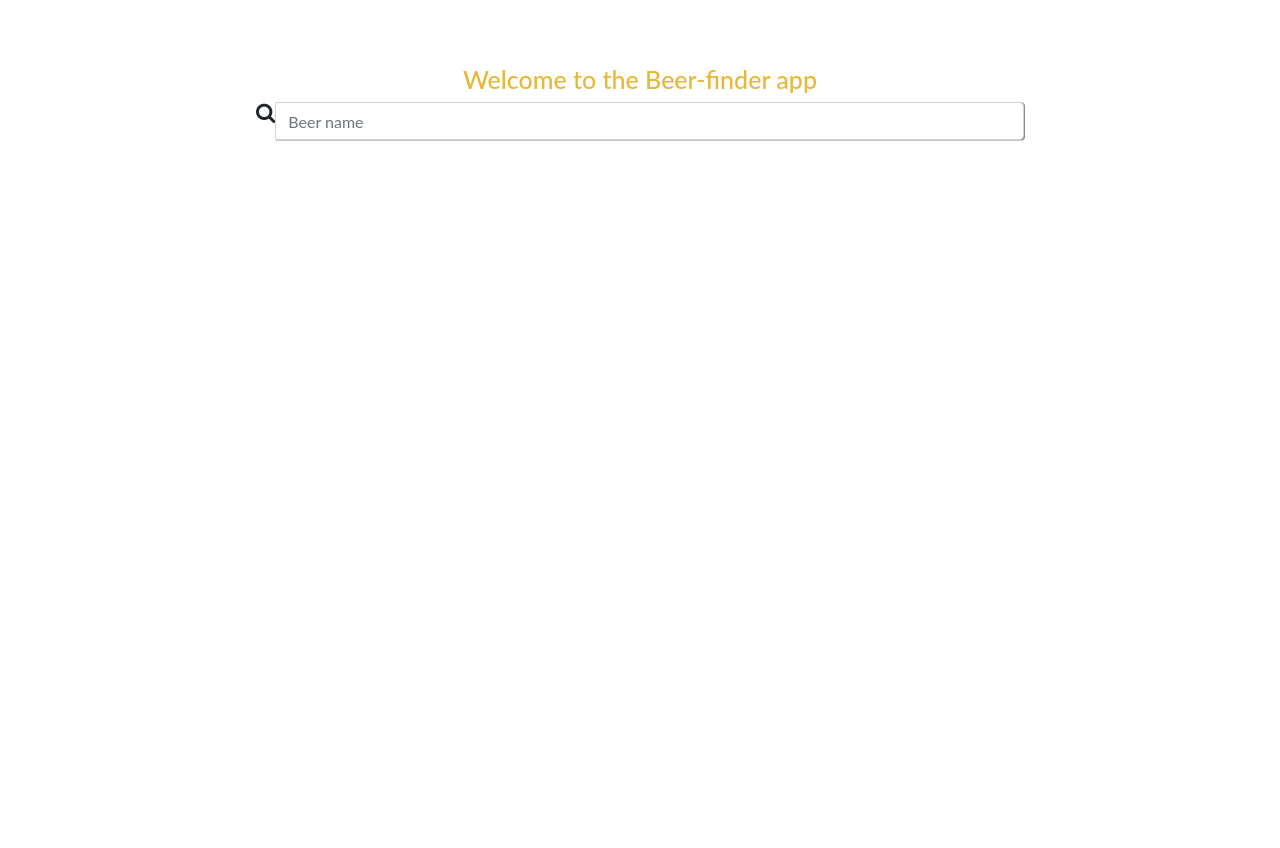
Repository: marcinszymaszek/beer-finder
Page: /
An editor plug-in stored every save of this project. The page is shown before and after a run of saves, followed by the edit.
The browser window is 1280 px wide. The pictures show the whole page.
The project was rebuilt for these pictures with package versions that can differ from the ones it lists, and the page was loaded fresh each time.

Above is the page before, as saved 2020-05-24 17:14:10.

After the next 2 saves:
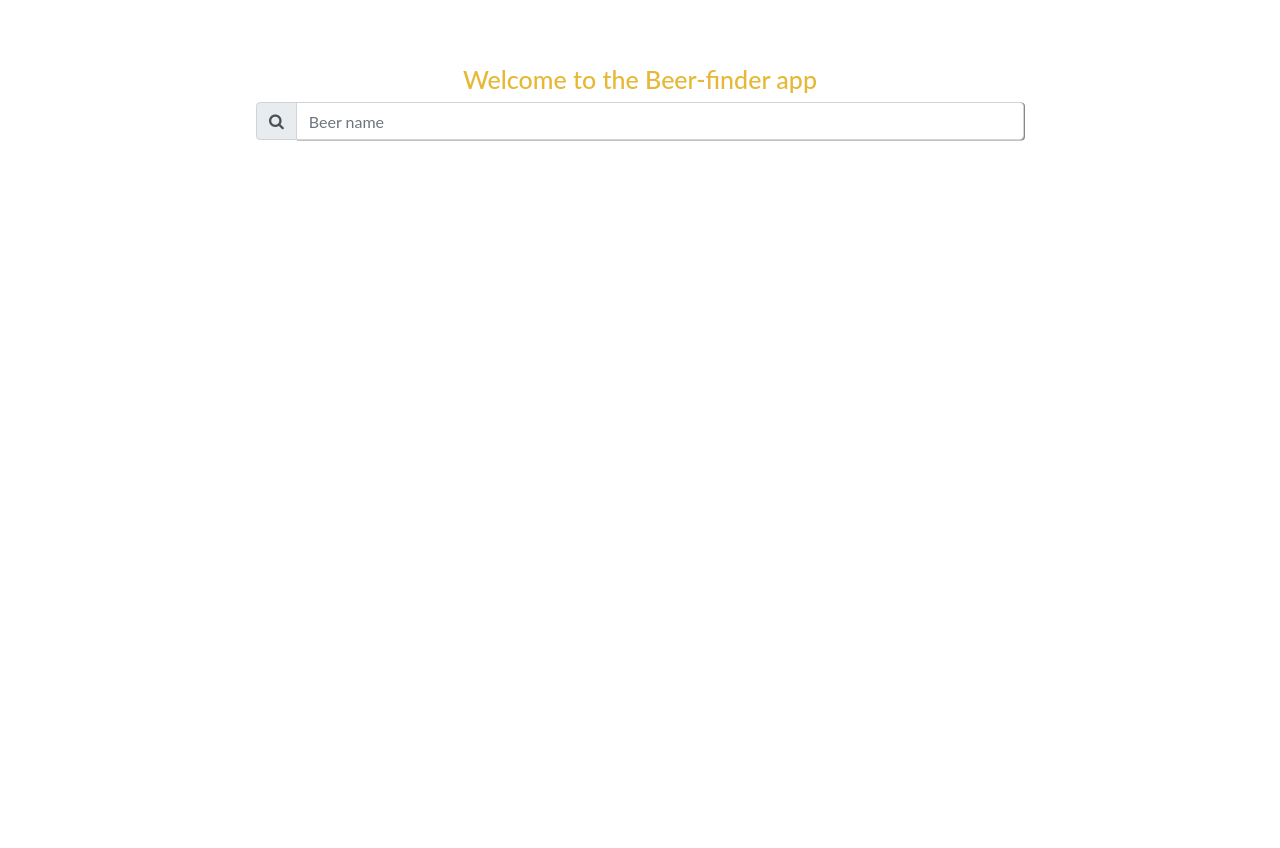
The 2 saves are shown as one change because they came seconds apart.
The last was saved 9 s later.
--- a/src/components/form/Form.js
+++ b/src/components/form/Form.js
@@ -7,10 +7,12 @@ const Form = ({ }) => {
     return (
 
         <div className="input-group">
-          <span>
+        <div className="input-group-prepend">
+          <span className="input-group-text" id="basic-addon">
             <i className="fa fa-search prefix"></i>
           </span>
-        <input type="text" className="form-control" placeholder="Beer name" />
+        </div>
+        <input type="text" className="form-control" placeholder="Beer name" aria-label="Username" aria-describedby="basic-addon" />
       </div>
 
     );
